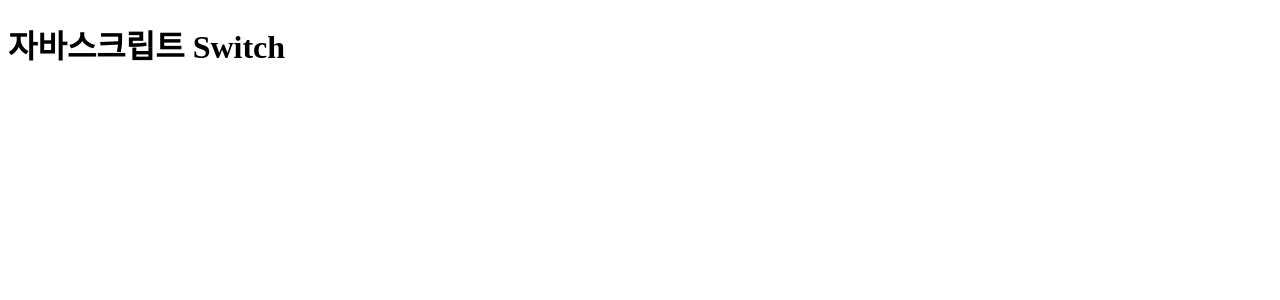
Repository: XenosJM/WEB_CODES
Page: Web03_JavaScript/src/main/webapp/06_switch.html
The author's editor kept a copy of each file at every save. The page is drawn from the files as they stood at one save, then again after the next save.
The browser window is 1280 px wide. The pictures show the whole page.

Above is the page before, as saved 2024-03-20 05:25:19.
Console error: SyntaxError: Unexpected end of input

### Web03_JavaScript/src/main/webapp/06_switch.html
<!DOCTYPE html>
<html>
<head>
<meta charset="UTF-8">
<title>Switch</title>
</head>
<body>
	<h1>자바스크립트 Switch</h1>
	<div id="output"></div>

	<script type="text/javascript">
		// * 자바스크립트의 switch문 사용
		// - 자바스크립트는 숫자 타입을 정수/실수로 구분하지 않음
		// - 실수 타입도 switch-case 구문에서 사용할 수 있음
		// - 자바는 실수 타입을 switch-case 구문에서 사용할 수 없음
		let output = document.getElementById('output');

		let x = '2';
		// switch-case 문에서는 형 변황하여 비교하지 않음
		x = parseInt(x); // parseInt() : 숫자로 변경
		switch (x) {
		case 1:
			output.innerHTML += '하나<br>';
			break;
		case 2:
			output.innerHTML += '둘<br>';
			break;
		default:
			output.innerHTML += '모르는 값<br>';
			break;
		}

		let y = 1.1;
		switch (y) {
		case 1.0:
			output.innerHTML += '1.0<br>';
			break;
		case 1.1:
			output.innerHTML += '1.1<br>';
			break;
		default:
			output.innerHTML += '모르는 값<br>';
			break;

	</script>
</body>
</html>

After the next save:
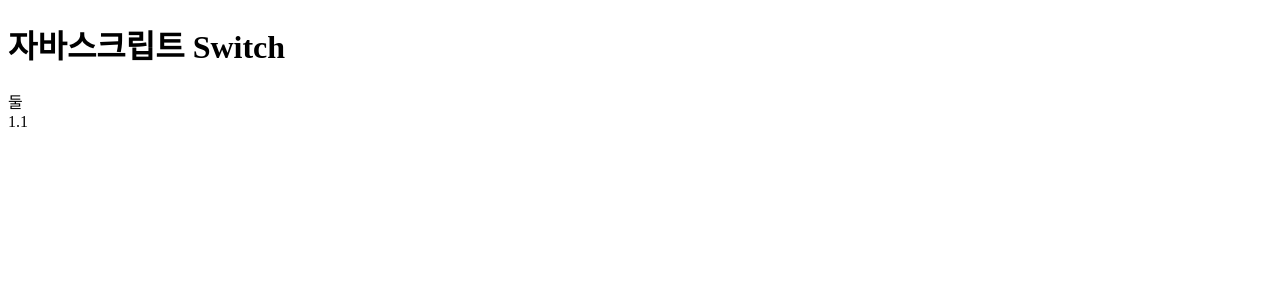
The error is gone.
Saved 70 s later.
--- a/Web03_JavaScript/src/main/webapp/06_switch.html
+++ b/Web03_JavaScript/src/main/webapp/06_switch.html
@@ -41,7 +41,7 @@
 		default:
 			output.innerHTML += '모르는 값<br>';
 			break;
-
+		}
 	</script>
 </body>
 </html>
